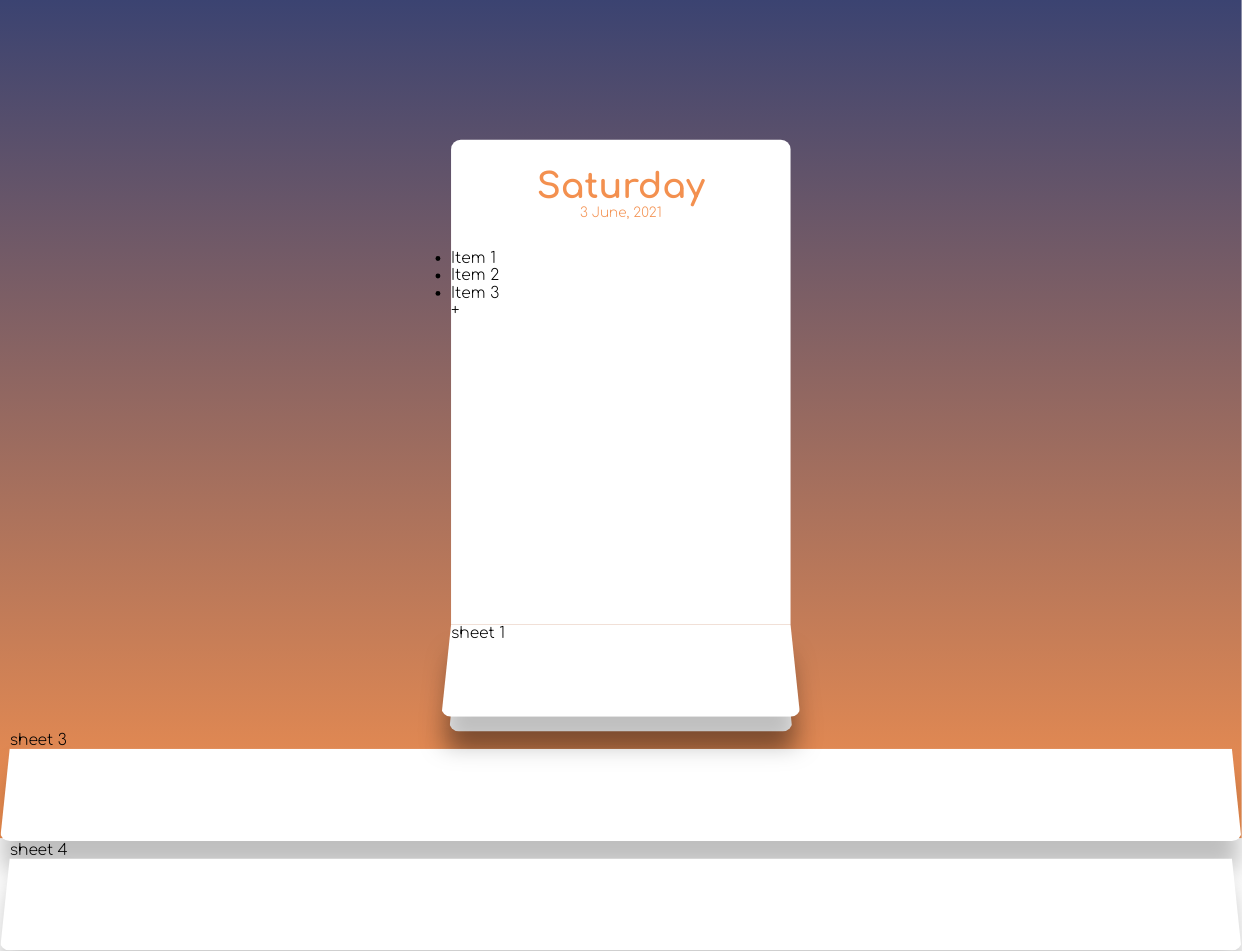
Repository: Colo-Codes/mini-projects
Page: todo-app/index.html
The author's editor kept a copy of each file at every save. The page is drawn from the files as they stood at one save, then again after the next save.
The browser window is 1280 px wide. The pictures show the whole page, at 97% of full size.

Above is the page before, as saved 2021-07-04 11:48:35.

After the next save:
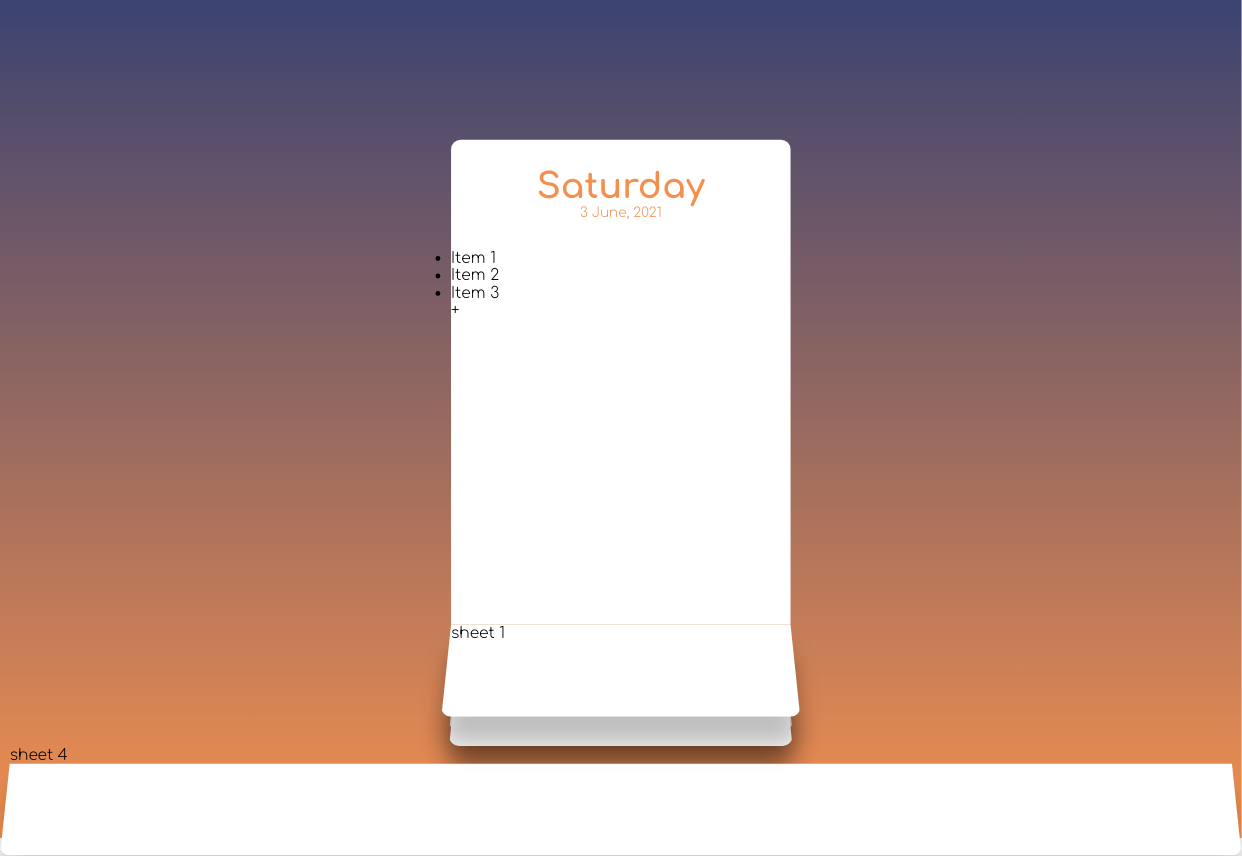
Saved 9 s later.
--- a/todo-app/css/index.css
+++ b/todo-app/css/index.css
@@ -72,6 +72,14 @@ div [id^='sheet-'] {
     border-radius: 0 0 10px 10px;
     z-index: -1;
 }
+#sheet-3-3d {
+    width: 354px;
+    height: 95px;
+    margin: auto;
+    margin-top: -80px;
+    border-radius: 0 0 10px 10px;
+    z-index: -1;
+}
 
 #todo--header header {
     padding-top: 1.75rem;
